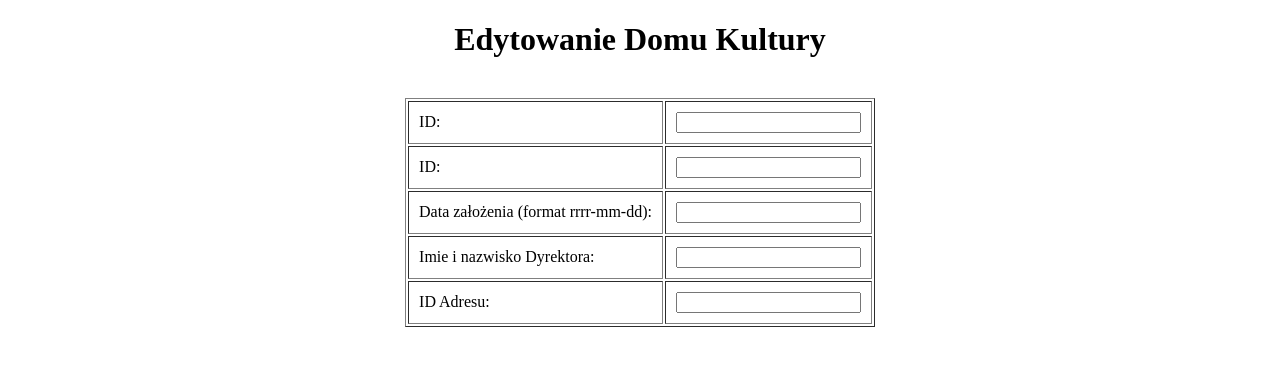
Repository: marcinRuta/houseOfCulture-crud-webapp-database
Page: http://localhost/edit_form_domy
These files come from the project's save history. The page is drawn as it stood at one moment and after the next save; the edit follows.
The browser window is 1280 px wide. The pictures show the whole page.
The page is this project's Thymeleaf template; nobody is signed in. The template is opened directly, without the code that normally fills it, so the values that code supplies are empty.

Above is the page before, as saved 2021-01-07 12:15:08.

### DomKultury/src/main/resources/templates/edit_form_domy.html
<!DOCTYPE html>
<html xmlns="http://www.w3.org/1999/xhtml"
	xmlns:th="http://www.thymeleaf.org">
<head>
<meta charset="UTF-8">
<title>Aplikacja do obsługi Domu Kultury</title>
</head>
<body>

	<div align="center">

		<!-- Page header -->
		<h1>Edytowanie Domu Kultury</h1>

		<!-- End line/new line -->

		<br />

		<form action="#" th:action:"@{/update}" th:object="${editDomy}"
			method="post">

			<!-- Table -->
			<table border="1" cellpadding="10">

				<tr>
					<td>ID:</td>
					<td><input type="text" th:field="*{ID_domu}"
						readonly="readonly"></td>

				</tr>
				<tr>
					<td>ID:</td>
					<td><input type="text" th:field="*{Nazwa}"></td>

				</tr>
				<tr>
					<td>Data założenia (format rrrr-mm-dd):</td>
					<td><input type="text" th:field="*{Data_zalozenia}"></td>

				</tr>
				<tr>
					<td>Imie i nazwisko Dyrektora:</td>
					<td><input type="text" th:field="*{Dyrektor}"></td>

				</tr>
				<tr>
					<td>ID Adresu:</td>
					<td><input type="text" th:field="*{ID_Adresu}"></td>

				</tr>

			</table>
		</form>





	</div>

</body>
</html>

After the next save:
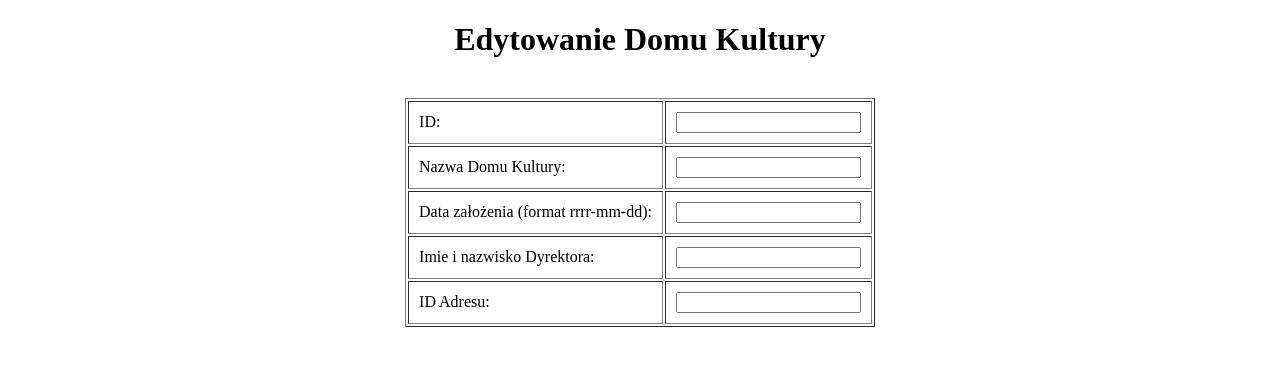
Saved 11 s later.
--- a/DomKultury/src/main/resources/templates/edit_form_domy.html
+++ b/DomKultury/src/main/resources/templates/edit_form_domy.html
@@ -29,7 +29,7 @@
 
 				</tr>
 				<tr>
-					<td>ID:</td>
+					<td>Nazwa Domu Kultury:</td>
 					<td><input type="text" th:field="*{Nazwa}"></td>
 
 				</tr>
